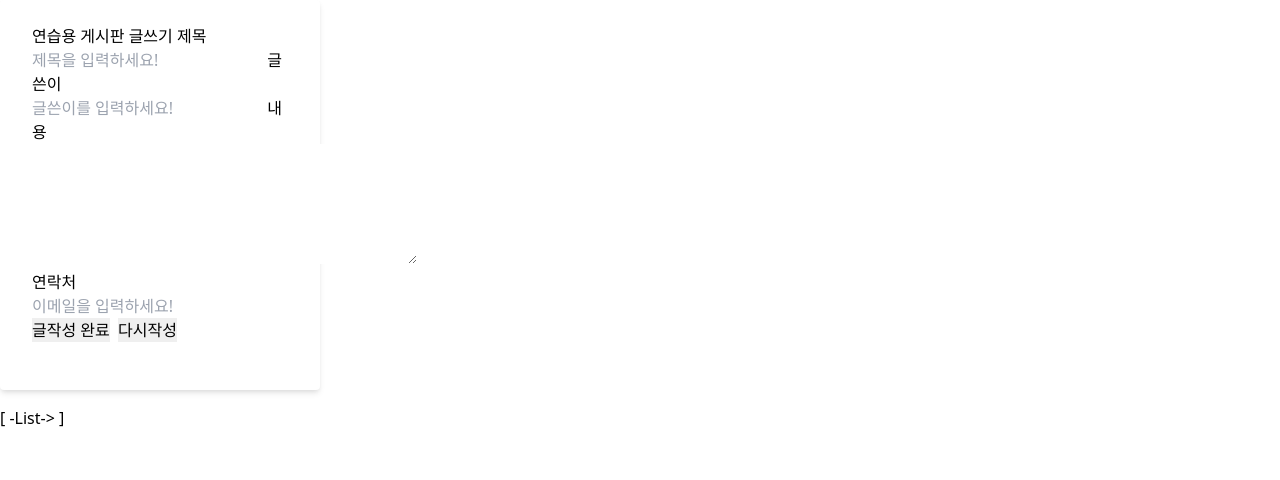
Repository: k0603156/JAVA
Page: http://localhost/StartBoard/test.do?myName=Kimyongkuk
The author's editor kept a copy of each file at every save. The page is drawn from the files as they stood at one save, then again after the next save.
The browser window is 1280 px wide. The pictures show the whole page.
The page is served by Tomcat 9.

Above is the page before, as saved 2020-03-12 07:59:23.

After the next save:
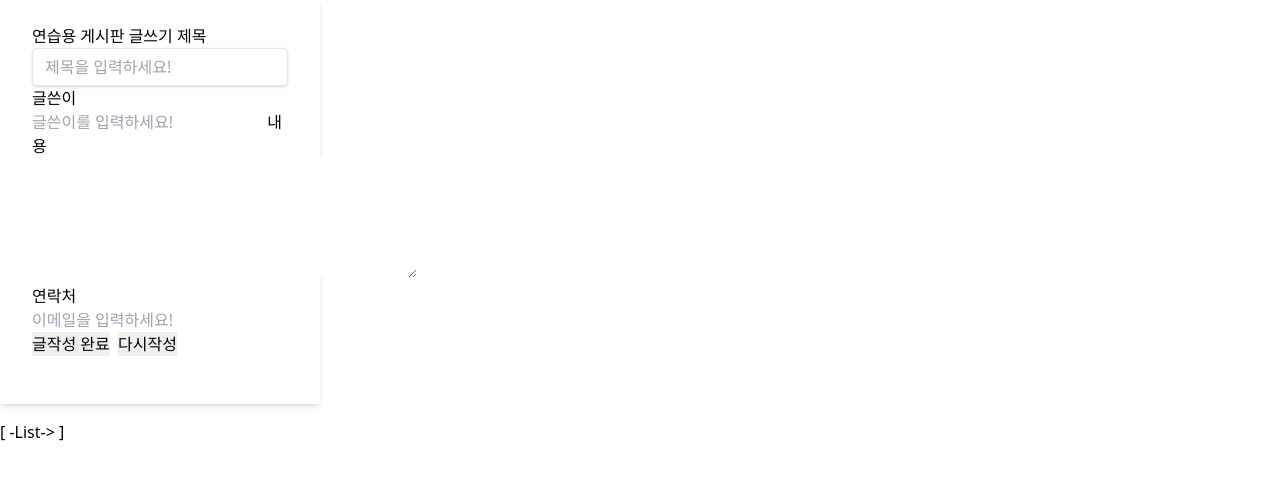
Saved 31 s later.
--- a/SERVLET/workspace/StartBoard/WebContent/index.jsp
+++ b/SERVLET/workspace/StartBoard/WebContent/index.jsp
@@ -18,7 +18,7 @@
 		</tr>
 		<tr>
 			<td>제목</td>
-			<td><input type="text" placeholder="제목을 입력하세요!" name="title" required></td>
+			<td><input type="text" placeholder="제목을 입력하세요!" name="title" required class="shadow appearance-none border rounded w-full py-2 px-3 text-gray-700 leading-tight focus:outline-none focus:shadow-outline"></td>
 		</tr>
 		<tr>
 			<td>글쓴이</td>

After the save that followed:
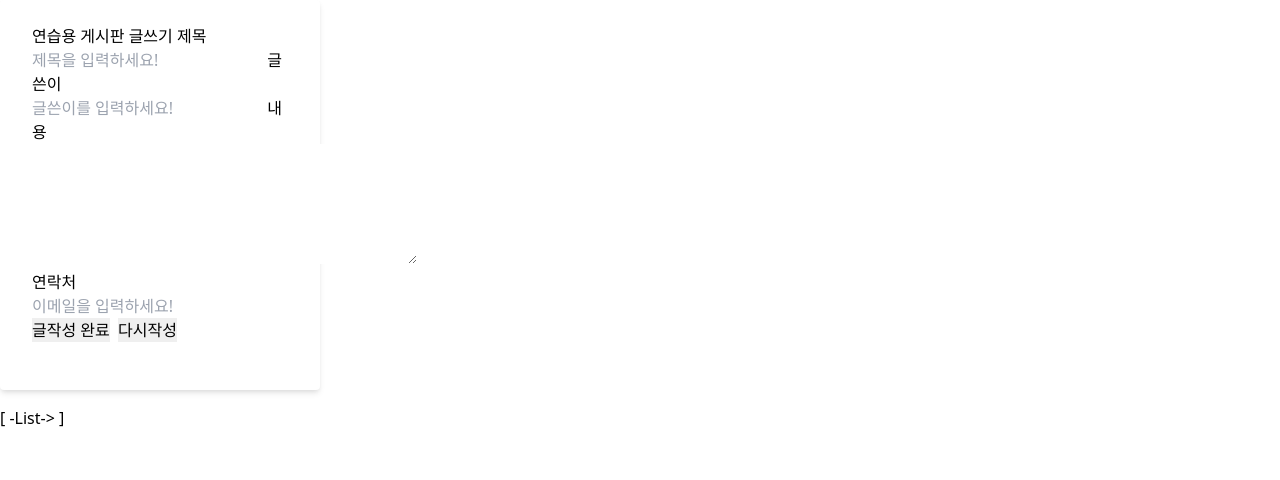
Saved 15 s later.
--- a/SERVLET/workspace/StartBoard/WebContent/index.jsp
+++ b/SERVLET/workspace/StartBoard/WebContent/index.jsp
@@ -18,7 +18,7 @@
 		</tr>
 		<tr>
 			<td>제목</td>
-			<td><input type="text" placeholder="제목을 입력하세요!" name="title" required class="shadow appearance-none border rounded w-full py-2 px-3 text-gray-700 leading-tight focus:outline-none focus:shadow-outline"></td>
+			<td><input type="text" placeholder="제목을 입력하세요!" name="title" required ></td>
 		</tr>
 		<tr>
 			<td>글쓴이</td>
